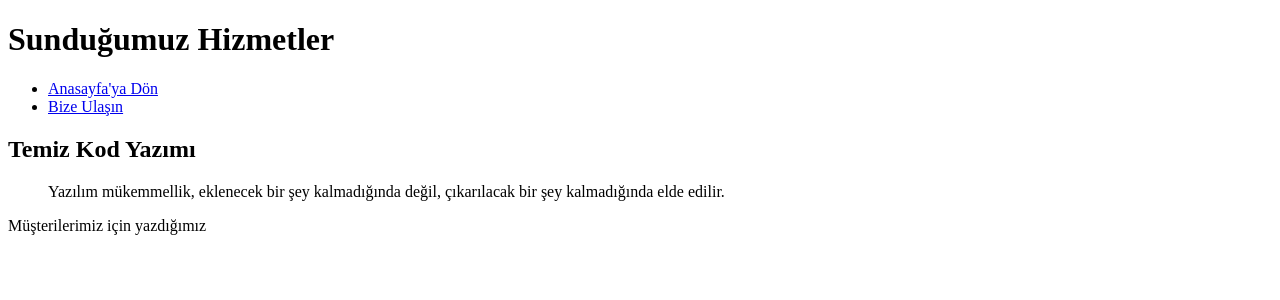
Repository: BeritanBlgn/web-yazilim-muhendisligi
Page: Modul_1/Ders_6/1.6.5_hizmetler.html
These files come from the project's save history. The page is drawn as it stood at one moment and after a run of saves; the edit follows.
The browser window is 1280 px wide. The pictures show the whole page.

Above is the page before, as saved 2026-10-21 01:25:13.

### Modul_1/Ders_6/1.6.5_hizmetler.html
<!DOCTYPE html>
<html lang="tr">
<head>
    <meta charset="UTF-8">
    <meta name="viewport" content="width=device-width, initial-scale=1.0">
    <meta name="description" content="Hizmetlerimizi kalite standartları arasında sunuyoruz">
    <title>Görev 3</title>
</head>
<body>
    <h1>
        Sunduğumuz Hizmetler
    </h1>
    <ul>
        <li><a href="./1.6.5_anasayfa.html" target="_blank">Anasayfa'ya Dön</a></li>
        <li><a href="./1.6.5_iletisim.html" target="_blank">Bize Ulaşın</a></li>
    </ul>
    <h2>
        Temiz Kod Yazımı
    </h2>
    <blockquote>
        Yazılım mükemmellik, eklenecek bir şey kalmadığında değil, çıkarılacak bir şey kalmadığında elde edilir.
    </blockquote>
    <p>
        Müşterilerimiz için yazdığımız
    </p>
</body>
</html>

After the next 2 saves:
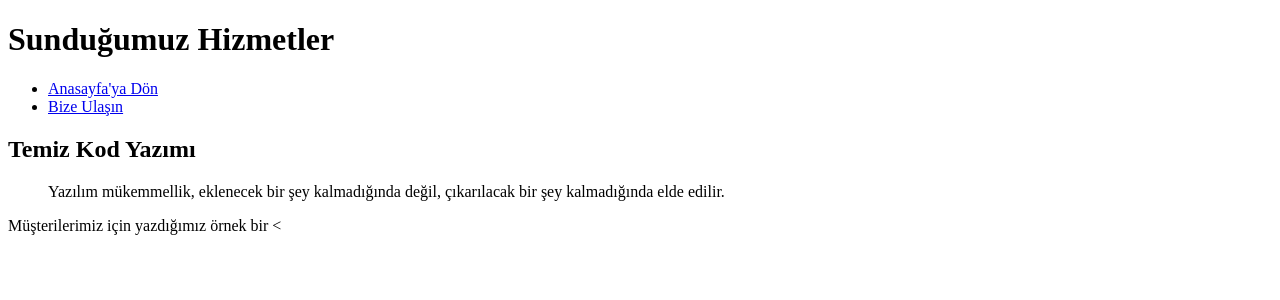
The 2 saves are shown as one change because they came seconds apart.
The last was saved 5 s later.
--- a/Modul_1/Ders_6/1.6.5_hizmetler.html
+++ b/Modul_1/Ders_6/1.6.5_hizmetler.html
@@ -21,7 +21,7 @@
         Yazılım mükemmellik, eklenecek bir şey kalmadığında değil, çıkarılacak bir şey kalmadığında elde edilir.
     </blockquote>
     <p>
-        Müşterilerimiz için yazdığımız
+        Müşterilerimiz için yazdığımız örnek bir <
     </p>
 </body>
 </html>
